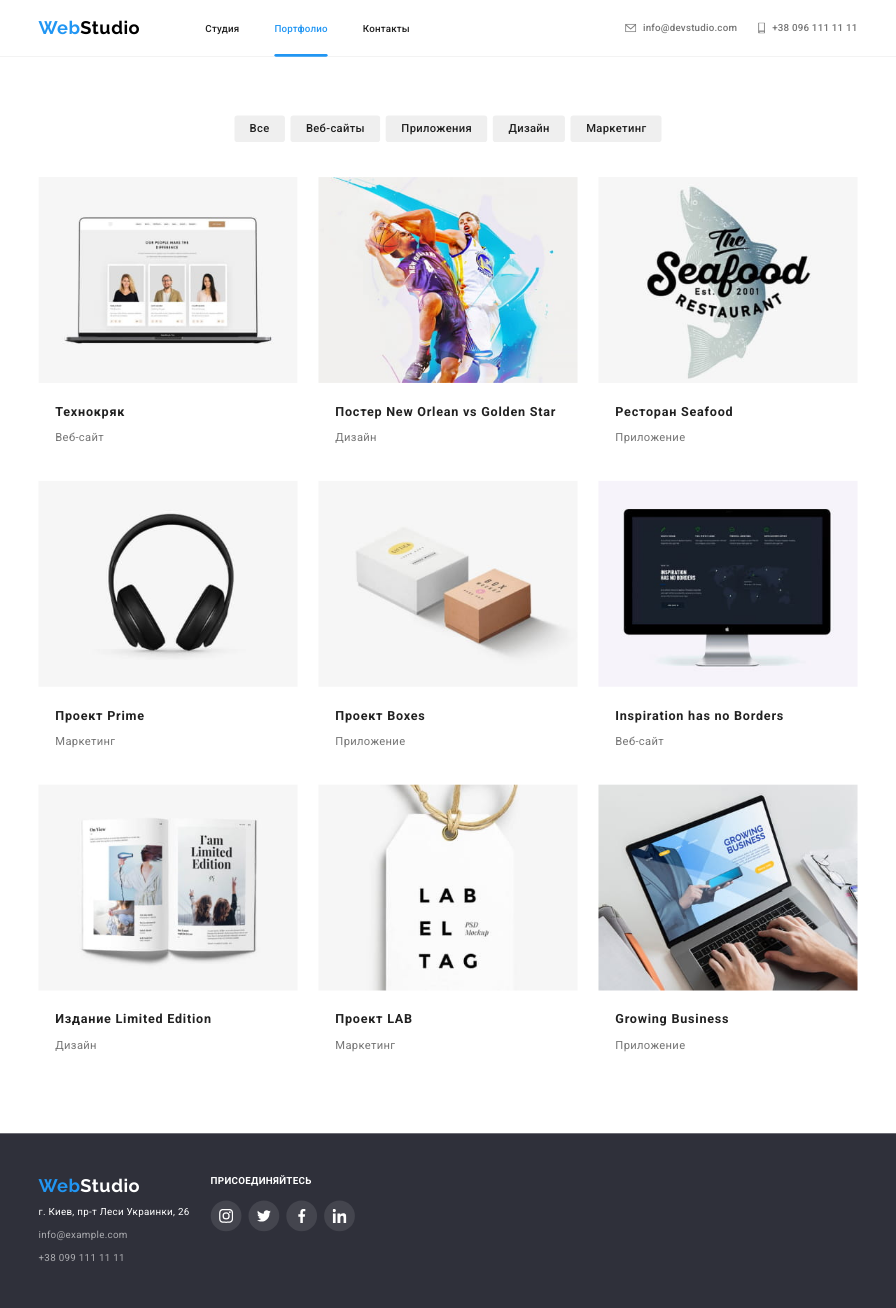
Repository: UliyaKucherernko/home-work-8
Page: porfolio.html
The author's editor kept a copy of each file at every save. The page is drawn from the files as they stood at one save, then again after the next save.
The browser window is 1280 px wide. The pictures show the whole page, at 70% of full size.

Above is the page before, as saved 2021-04-14 00:52:04.

### porfolio.html
<!DOCTYPE html>
<html lang="en">
<head>
    <!-- Служебная информация -->
    <meta charset="UTF-8">
    <meta http-equiv="X-UA-Compatible" content="IE=edge">
    <meta name="viewport" content="width=device-width, initial-scale=1.0">
    <title>homework5</title>
    <link rel="preconnect" href="https://fonts.gstatic.com">
    <link href="https://fonts.googleapis.com/css2?family=Raleway:wght@700&family=Roboto:wght@400;500;700;900&display=swap" rel="stylesheet">
    <link rel="stylesheet" href="./css/styles.css">
</head>
<body>

   <header class="header">
      <div class="container">
         <!-- Шапка -->
         <nav class="navigation">
            <a class="link logo-header" href="index.html">
               <span class="web">Web</span><span class="studio">Studio</span></a>
            <ul class="list menu">
               <li class="menu-item">
                  <a href="./index.html" class="link link-title menu-link">Студия</a>
               </li>
               <li class="menu-item">
                  <a href="./porfolio.html" class="link link-title menu-link current">Портфолио</a>
               </li>
               <li class="menu-item">
                  <a class="link link-title menu-link" href="">Контакты</a>
               </li>
            </ul>
         </nav>
         <ul class="list header-adress">
            <li class="contact-item">
               <a class="link contact-links menu-adress" href="mailto:info@devstudio.com">
                  <svg class="icon-header" width="16" height="12">
                     <use href="./images/icons-sprite.svg#icon-mail"></use>
                  </svg>
                  info@devstudio.com
               </a>
            </li>
            <li class="contact-item">
               <a class="link contact-links menu-adress" href="tel:+380961111111">
                  <svg class="icon-header" width="10" height="16">
                     <use href="./images/icons-sprite.svg#icon-phone"></use>
                  </svg>
                  +38 096 111 11 11
               </a>
            </li>
         </ul>
      </div>
   </header>

     <!--что входит в портфолио-->
    <main>
      <section class="gallery">
         <div class="container">
          <ul class="list gallery-btns">
              <li><button class="button-filtr" type="button">Все</button></li>
              <li><button class="button-filtr" type="button">Веб-сайты</button></li>
              <li><button class="button-filtr" type="button">Приложения</button></li>
              <li><button class="button-filtr" type="button">Дизайн</button></li>
              <li><button class="button-filtr" type="button">Маркетинг</button></li>
          </ul>

 <ul class="list grid gallery-list">
   <div class="gallery-thumb">
      <div class="gallery-overlay">
         <p class="gallery-text-overlay">Технокряк это современная площадка распространения коронавируса.
            Компании используют эту платформу для цифрового
            шпионажа и атак на защищённые сервера конкурентов.</p>
      </div>
                <li class="gallery-card"><img src="./images/1-monitor.jpg" alt="на мониторе 3 фотокарточки людей" width="370">

                  <div class="gallery-names">
                       <h3 class="filtrs">Технокряк</h3>
                       <p class="main-filtrs">Веб-сайт</p>
                     </div>
                </div>
               </li>


                  <li class="gallery-card"><img src="./images/2-nba.jpg" alt="2 прня играют в баскетбол" width="370">
                     <div class="gallery-names">
                         <h3 class="filtrs">Постер New Orlean vs Golden Star</h3>
                        <p class="main-filtrs">Дизайн</p>
                      </div>
                  </li>

               <li class="gallery-card"><img src="./images/3-seafood.jpg" alt="рыбный ресторан" width="370">
                      <div class="gallery-names">
                         <h3 class="filtrs">Ресторан Seafood</h3>
                       <p class="main-filtrs">Приложение</p>
                   </div>
                  </li>

                  <li class="gallery-card"><img src="./images/4-prime.jpg" alt="наушники" width="370">
                     <div class="gallery-names">
                        <h3 class="filtrs">Проект Prime</h3>
                        <p class="main-filtrs">Маркетинг</p>
                     </div>
                     </li>

                  <li class="gallery-card"><img src="./images/5-boxes.jpg" alt="2 коробки разного размера" width="370">
                     <div class="gallery-names">
                        <h3 class="filtrs">Проект Boxes</h3>
                        <p class="main-filtrs">Приложение</p>
                     </div>
                     </li>

                  <li class="gallery-card"><img src="./images/6-borders.jpg" alt="монитор борд с картой мира" width="370">
                     <div class="gallery-names">
                        <h3 class="filtrs">Inspiration has no Borders</h3>
                        <p class="main-filtrs">Веб-сайт</p>
                     </div>
                     </li>

                  <li class="gallery-card"><img src="./images/7-magazine.jpg" alt="журнал" width="370">
                     <div class="gallery-names">
                        <h3 class="filtrs">Издание Limited Edition</h3>
                        <p class="main-filtrs">Дизайн</p>
                     </div>
                     </li>

                  <li class="gallery-card"><img src="./images/8-labels.jpg" alt="белая этикетка бирка" width="370">
                     <div class="gallery-names">
                        <h3 class="filtrs">Проект LAB</h3>
                        <p class="main-filtrs">Маркетинг</p>
                     </div>
                     </li>

                  <li class="gallery-card"><img src="./images/9-nout.jpg" alt="печатают на ноуте" width="370">
                     <div class="gallery-names">
                        <h3 class="filtrs">Growing Business</h3>
                        <p class="main-filtrs">Приложение</p>
                     </div>
                     </li>
                  </ul>
           </div>
     </section>
    </main>

   <!--подвал-->
   <footer class="footer-dark-bg">
      <div class="container">
         <div class="grid">
            <div class="grid-item-3">
               <a class="link footer-logo" href="index.html">
                  <span class="web">Web</span><span class="studio-footer">Studio</span></a>
               <address>
                  <ul class="footer-list">
                     <li><a href="" class="link footer-adress">г. Киев, пр-т Леси Украинки, 26</a></li>
                     <li><a href="mailto:info@example.com" class="link footer-social">info@example.com</a></li>
                     <li><a href="+380991111111" class="link footer-social">+38 099 111 11 11</a></li>
                  </ul>
               </address>
            </div>

            <div class="grid-item-3">
               <div class="card-footer">
                  <p class="f-sleng">присоединяйтесь</p>
               </div>
               <ul class="d-inline-flex">
                  <li class="social-icon-item">
                     <a href="" class="social-icon-link foo-icon">
                        <svg>
                           <use href="./images/icons-sprite.svg#icon-instagram"></use>
                        </svg>
                     </a>
                  </li>
                  <li class="social-icon-item">
                     <a href="" class="social-icon-link foo-icon">
                        <svg>
                           <use href="./images/icons-sprite.svg#icon-twitter"></use>
                        </svg>
                     </a>
                  </li>
                  <li class="social-icon-item">
                     <a href="" class="social-icon-link foo-icon">
                        <svg>
                           <use href="./images/icons-sprite.svg#icon-facebook"></use>
                        </svg>
                     </a>
                  </li>
                  <li class="social-icon-item">
                     <a href="" class="social-icon-link foo-icon">
                        <svg>
                           <use href="./images/icons-sprite.svg#icon-linkedin"></use>
                        </svg>
                     </a>
                  </li>
               </ul>
            </div>

         </div>
         <!-- <div class="card-footer-news">
                       <p class="news-title">подпишитесь на рассылку</p>
                     </div> -->
      </div>
   </footer>
   </body>

   </html>

### css/styles.css
/*-----Утилиты----------*/
:root {
  --main-text-color: #757575;
  --accent-color: #2196f3;
  --title-color: #212121;
  --dark-bg-color: #2f303a;
  --content-color: #ffffff;
  --team-color: #f5f4fa;
  --social-color: #afb1b8;
}

.grid-item-1 {
  --grid-item: 12;
}

.grid-item-2 {
  --grid-item: 6;
}

.grid-item-3 {
  --grid-item: 4;
}

.grid-item-4 {
  --grid-item: 3;
}

.grid-item-6 {
  --grid-item: 2;
}

.grid-item-12 {
  --grid-item: 1;
}

:focus {
  outline: none;
}

*,
::after,
::before {
  box-sizing: inherit;
}

.web {
  color: var(--accent-color);
}
.studio {
  color: #000000;
}

.studio-footer {
  color: var(--content-color);
}

address {
  font-style: normal;
}

body {
  font-family: "Roboto", sans-serif;
  font-size: 14px;
  font-weight: 500;
  line-height: 16px;
  letter-spacing: 0.02em;
  text-align: left;
  color: var(--main-text-color);
  margin: 0;
}

.link {
  text-decoration: none;
  color: inherit;
}

.container {
  width: 1200px;
  padding-left: 15px;
  padding-right: 15px;
  margin-right: auto;
  margin-left: auto;
  box-sizing: border-box;
  /* background-color:gray; */
}

.grid {
  display: flex;
  flex-wrap: wrap;
  gap: 30px;
}

.grid-item {
  flex-basis: calc((100% - 30px * var(--grid-item)) / var(--grid-item));
}

button {
  cursor: pointer;
  font-family: inherit;
}

h1,
h2,
h3,
h4,
h5,
h6,
p,
ul,
li {
  margin: 0;
  padding: 0;
}
/*Конец Утилит*/

.list {
  display: flex;
  justify-content: center;
  margin-top: 0;
  margin-bottom: 0;
  padding-left: 0;

  list-style: none;
}

.section-title {
  margin-top: 0;
  margin-bottom: 0;
  text-align: center;
  font-weight: 700;
  font-size: 36px;
  line-height: 1.16;
  letter-spacing: 0.03em;
  color: var(--title-color);
}

/*--------требование к команде------------*/

.all-feature {
  padding-top: 94px;
  padding-bottom: 94px;
}

.feature {
  display: inline-block;
  width: 270px;
  height: 251px;
  /* background-color: var(--team-color);
  border-radius: 4px; */
}

.feature-icon {
  display: flex;
  justify-content: center;
  align-items: center;
  background-color: var(--team-color);
  border-radius: 4px;
  width: 270px;
  height: 120px;
}

.feature-icon svg {
  width: 70px;
  height: 70px;
}

.feature:not(:last-child) {
  margin-right: 30px;
}

.main-team-feature {
  margin-top: 30px;
  font-weight: 700;
  font-size: 14px;
  line-height: 1.14;
  letter-spacing: 0.03em;
  text-transform: uppercase;
  color: var(--title-color);
}

.team-feature {
  margin-top: 12px;
  margin-bottom: 0;
  font-weight: 400;
  font-size: 14px;
  line-height: 1.71;
  letter-spacing: 0.03em;
  color: var(--main-text-color);
  font-size: 14px;
  line-height: 1.71;
  letter-spacing: 0.03em;
  color: var(--main-text-color);
}

/*.visually-hidden {
  position: absolute;
  {
  display: block;
  content: "";
  width: 270px;
  height: 120px;
  background-color: var(--team-color);
  border-radius: 4px;
}px;
  margin: -1px;
  border: 0;
  p
.link.current {
  color: var(--accent-color);
}*/

/* ------3 box---------- */
.content {
  position: absolute;

  display: flex;
  justify-content: center;
  align-items: center;
  font-weight: bold;
  line-height: 1.14;
  text-transform: uppercase;
  top: 224px;
  right: 0;
  width: 100%;
  height: 70px;
  color: var(--content-color);
  background-color: rgba(47, 48, 58, 0.8);
}
.boxes {
  margin-top: 50px;
}

.box-product {
  position: relative;
}

/*----------HERO----------  */

.hero-dark-bg {
  max-width: 1600px;
  height: 600px;
  margin-left: auto;
  margin-right: auto;
  padding: 200px 0;
  box-sizing: border-box;
  background: #c4c4c4;
}

.hero-title {
  margin-top: auto;
  margin-bottom: 30px;
  margin-left: auto;
  margin-right: auto;
  width: 696px;
  height: 120px;
  font-weight: 900;
  font-size: 44px;
  line-height: 1.36;

  letter-spacing: 0.06em;
  text-transform: uppercase;
  text-align: center;
  color: var(--content-color);
}

.overlay {
  max-width: 1600px;
  height: 600px;

  margin-left: auto;
  margin-right: auto;
  background-image: linear-gradient(
      to right,
      rgba(47, 48, 58, 0.4),
      rgba(47, 48, 58, 0.4)
    ),
    url(../images/team-overlay.jpg);
  background-repeat: no-repeat;
  background-position: center;
  background-size: cover;
}

.hero {
  display: flex;
  flex-direction: column;
  justify-content: center;
  align-items: center;
}

.hero-button {
  padding: 10px 32px;
  min-width: 136px;
  font-weight: 700;
  font-size: 16px;
  line-height: 1.87;
  letter-spacing: 0.06em;
  background: var(--accent-color);
  border-radius: 4px;
  border: 0;
  color: #ffffff;
}

/* -----BUTTON GALLERY----- */

.button-filtr {
  border: 0;
  border-radius: 4px;
  padding: 6px 22px;
  font-weight: 500;
  font-size: 16px;
  line-height: 1.62;
  letter-spacing: 0.03em;
  color: var(--title-color);
}

.button-filtr:hover,
.button-filtr:focus {
  box-shadow: 0px 3px 1px rgba(0, 0, 0, 0.1), 0px 1px 2px rgba(0, 0, 0, 0.08),
    0px 2px 2px rgba(0, 0, 0, 0.12);
  transition-duration: 250ms;
  transition-timing-function: cubic-bezier(0.4, 0, 0.2, 1);
}

.gallery-btns li:not(:last-child) .button-filtr {
  margin-right: 8px;
}

button:hover,
button:focus {
  background: var(--accent-color);
  color: #fff;
  transition-duration: 250ms;
  transition-timing-function: cubic-bezier(0.4, 0, 0.2, 1);
}

.gallery-list {
  padding-bottom: 94px;
  margin-top: 50px;
}

.gallery {
  padding-top: 84px;
}

.gallery-names {
  padding: 20px 24px;
}

.gallery-card {
  --grid-item: 3;
  width: 370px;
  height: 404px;
  box-sizing: border-box;
  outline: 1;
  background: var(--content-color);
}

.gallery-card:hover,
.gallery-card:focus {
  box-shadow: 0px 1px 1px rgba(0, 0, 0, 0.12), 0px 4px 4px rgba(0, 0, 0, 0.06),
    1px 4px 6px rgba(0, 0, 0, 0.16);
  transition-duration: 250ms;
  transition-timing-function: cubic-bezier(0.4, 0, 0.2, 1);
}

.filtrs {
  margin-bottom: 4px;
  font-weight: 700;
  font-size: 18px;
  line-height: 2;
  letter-spacing: 0.06em;
  color: var(--title-color);
}

.main-filtrs {
  font-weight: 400;
  font-size: 16px;
  line-height: 1.87;
  letter-spacing: 0.03em;
  color: var(--main-text-color);
}

.work {
  padding-top: 94px;
  padding-bottom: 94px;
}

.social-icons .icon {
  width: 20px;
  height: 20px;
  fill: var(--social-color);
}

.d-inline-flex {
  display: inline-flex;
}

.gallery-thumb {
  position: relative;
  overflow: hidden;
}

.gallery-overlay {
  position: absolute;
  display: flex;
  align-items: center;
  width: 100%;
  height: 100%;
  background-color: rgba(33, 150, 243, 0.9);
  transition-property: transform, background-color;
  transform: translateY(101%);
  transition-duration: 250ms;
  transition-timing-function: cubic-bezier(0.4, 0, 0.2, 1);
}

.gallery-text-overlay {
  font-size: 18px;
  max-width: 340px;
  padding-left: 24px;
  line-height: 1.56;
  color: var(--content-color);
}

.gallery-thumb::before {
  display: inline-block;
  content: "";

  position: absolute;
  top: 0;
  left: 0;
  width: 370px;
  height: 294px;
  background-color: rgba(33, 150, 243, 0.9);
  opacity: 0;
}

.gallery-list:hover .gallery-thumb::before {
  transform: translateY(0);
}

/* -------команда имена карточки соц иконки----------- */

.team-card {
  --grid-item: 4;
  text-align: center;
  background: white;
  width: 270px;
  height: 428px;
  box-sizing: border-box;
  box-shadow: 0px 1px 3px rgb(0 0 0 / 12%), 0px 1px 1px rgb(0 0 0 / 14%),
    0px 2px 1px rgb(0 0 0 / 20%);
  border-radius: 0px 0px 4px 4px;
}

.team {
  padding-top: 94px;
  padding-bottom: 94px;
  box-sizing: border-box;
  background: var(--team-color);
}

.team-card:not(:last-child) {
  margin-right: 30px;
}

.team-names {
  padding: 30px 0;
}

.names {
  margin-bottom: 10px;
  font-weight: 500;
  font-size: 16px;
  line-height: 1.18;
  letter-spacing: 0.03em;
  color: var(--title-color);
}

.team-profession {
  margin-top: 10px;
  margin-bottom: 16px;
  font-weight: 400;
  font-size: 16px;
  line-height: 1.18;
  letter-spacing: 0.03em;
  color: var(--main-text-color);
}

.team-body {
  display: flex;
  justify-content: center;
  margin-top: 50px;
  list-style: none;
}

.team-body .team-item:not(:last-child) {
  margin-right: 30px;
}

.social-icon-item {
  display: block;
}

.social-icon-item svg {
  width: 20px;
  height: 20px;
}

.social-icon-item:not(:last-child) {
  margin-right: 10px;
}

.social-icon-link {
  display: flex;
  justify-content: center;
  align-items: center;
  width: 44px;
  height: 44px;
  border-radius: 50%;
}

.social-icon-link.team-icon {
  background: var(--content-color);
}

.social-icon-link.team-icon:hover svg,
.social-icon-link.team-icon:focus svg {
  fill: var(--content-color);
  transition-duration: 250ms;
  transition-timing-function: cubic-bezier(0.4, 0, 0.2, 1);
}

.social-icon-link.team-icon svg {
  fill: var(--social-color);
}

.social-icon-link.foo-icon svg {
  fill: var(--content-color);
}

.social-icon-link.foo-icon {
  background: rgba(255, 255, 255, 0.1);
}

.social-icon-link:hover,
.social-icon-link:focus {
  background-color: var(--accent-color);
  transition-duration: 250ms;
  transition-timing-function: cubic-bezier(0.4, 0, 0.2, 1);
}

.social-icon-link.team-icon:hover .icon,
.social-icon-link.team-icon:focus .icon {
  fill: var(--content-color);
  transition-duration: 250ms;
  transition-timing-function: cubic-bezier(0.4, 0, 0.2, 1);
}

/* ------постоянные клиенты-------- */

.cl {
  padding-top: 94px;
  padding-bottom: 94px;
}

.cl-item .cl-logo {
  fill: var(--social-color);
}

.cl-item {
  display: flex;
}

.social-icons .cl-logo {
  fill: var(--social-color);
}

.cl-link:hover .cl-logo,
.cl-link:focus .cl-logo {
  fill: var(--accent-color);
  transition-duration: 250ms;
  transition-timing-function: cubic-bezier(0.4, 0, 0.2, 1);
}

.item-cl:not(:last-child) {
  margin-right: 30px;
}

.cl-link {
  margin-top: 50px;
  display: flex;
  justify-content: center;
  align-items: center;
  width: 170px;
  height: 90px;
  border: 1px solid #afb1b8;
  border-radius: 4px;
}

.cl-link:hover,
.cl-link:focus {
  border: 1px solid var(--accent-color);
  transition-duration: 250ms;
  transition-timing-function: cubic-bezier(0.4, 0, 0.2, 1);
}

.cl-link .navigation {
  display: flex;
  align-items: center;
  margin-right: auto;
}

/* -------------ХЕДЕР-------------- */

.navigation {
  display: flex;
  align-items: center;
  margin-right: auto;
}

.header {
  border-bottom: 1px solid #eeeeee;

  color: var(--title-color);
}

.header .container {
  display: flex;
  justify-content: flex-end;
  align-items: center;
}

.header-adress {
  font-weight: 500;
  font-size: 14px;
  line-height: 1.14;
  letter-spacing: 0.02em;
  color: var(--main-text-color);
}
.logo-header {
  margin-right: 93px;

  font-family: Raleway;
  font-weight: 700;
  font-size: 26px;
  line-height: 1.19;
  letter-spacing: 0.03em;
}

.current {
  color: var(--accent-color);
}
.menu {
  display: inline-flex;
}

.link-title {
  position: relative;
  padding-bottom: 32px;
  padding-left: 0;
  padding-right: 0;
  transition-property: color;
}
.menu-link {
  display: block;
  padding-top: 32px;
  padding-bottom: 32px;
  padding-left: 0;
  padding-right: 0;
  transition-property: color;
  transition-duration: 250ms;
  transition-timing-function: cubic-bezier(0.4, 0, 0.2, 1);
}
.current::after {
  content: "";
  position: absolute;
  display: block;
  width: 100%;
  height: 4px;
  border-radius: 2px;
  left: 0;
  bottom: -1px;
  background-color: var(--accent-color);
}

.menu-item:not(:last-child) {
  margin-right: 50px;
}

.menu-adress:not(:last-child) {
  margin-right: 50px;
}

.menu-adress:hover,
.menu-adress:focus {
  color: var(--accent-color);
  transition-duration: 250ms;
  transition-timing-function: cubic-bezier(0.4, 0, 0.2, 1);
}

.contact-item:not(:last-child) {
  margin-right: 30px;
}

.icon-header {
  fill: var(--main-text-color);
}

.header-adress .icon-header {
  margin-right: 10px;
  stroke: var(--main-text-color);
}

.link-title:hover,
.link-title:focus {
  color: var(--accent-color);
  transition-duration: 250ms;
  transition-timing-function: cubic-bezier(0.4, 0, 0.2, 1);
}

.contact-links {
  display: flex;
  align-items: center;
}

.contact-links:hover .icon-header,
.contact-links:focus .icon-header {
  stroke: var(--accent-color);
  transition-duration: 250ms;
  transition-timing-function: cubic-bezier(0.4, 0, 0.2, 1);
}

.contact-links .footer-list {
  margin-top: 20px;
  list-style: none;
}

/* ---------------------ФУТЕР---------------- */

.f-block {
  --grid-item: 2;
  align-self: baseline;
}

.footer-list li {
  margin-top: 9px;
  list-style: none;
}

.footer-dark-bg {
  padding: 60px 0;
  box-sizing: border-box;
  background: var(--dark-bg-color);
}

.footer-social {
  font-weight: 400;
  font-size: 14px;
  line-height: 1.71;
  letter-spacing: 0.03em;
  color: rgba(255, 255, 255, 0.6);
}

.footer-adress {
  font-weight: 400;
  font-size: 14px;
  line-height: 1.71;
  letter-spacing: 0.03em;
  color: #ffffff;
}

.footer-logo {
  font-family: Raleway;
  font-weight: 700;
  font-size: 26px;
  line-height: 1.19;
  letter-spacing: 0.03em;
}

.f-sleng {
  margin-bottom: 20px;
  font-weight: 700;
  font-size: 14px;
  line-height: 1.14;
  letter-spacing: 0.03em;
  text-transform: uppercase;
  color: var(--content-color);
}

/* ------МОДАЛЬНОЕ ОКНО------- */
.backdrop {
  position: fixed;
  width: 100%;
  height: 100%;
  left: 0px;
  top: 0px;

  background: rgba(0, 0, 0, 0.2);
}

.backdrop.is-hidden {
  opacity: 0;
  pointer-events: none;
}

.modal {
  position: absolute;
  top: 50%;
  left: 50%;
  transform: translate(-50%, -50%);

  width: 528px;
  height: 581px;
  box-shadow: 0px 1px 3px rgba(0, 0, 0, 0.12), 0px 1px 1px rgba(0, 0, 0, 0.14),
    0px 2px 1px rgba(0, 0, 0, 0.2);
  border-radius: 4px;
  background-color: var(--content-color);
  transform: translate(-50%, -50%) scale(1);
  transition: transform 250ms cubic-bezier(0.4, 0, 0.2, 1);
}

.modal:hover {
  transform: translate(-50%, -50%) scale(1);
  transition: transform 250ms cubic-bezier(0.4, 0, 0.2, 1);
}

.modal-button {
  position: absolute;
  width: 30px;
  height: 30px;
  right: 8px;
  top: 8px;
  display: flex;
  justify-content: center;
  align-items: center;

  background: var(--content-color);
  border: 1px solid rgba(0, 0, 0, 0.1);
  box-sizing: border-box;
  border-radius: 50%;
}

.icon-close {
  position: absolute;
  top: 50%;
  left: 50%;
  transform: translate(-50%, -50%);
  cursor: pointer;
  transition-property: fill;
  transition-duration: 250ms;
  transition-timing-function: cubic-bezier(0.4, 0, 0.2, 1);
}

After the next save:
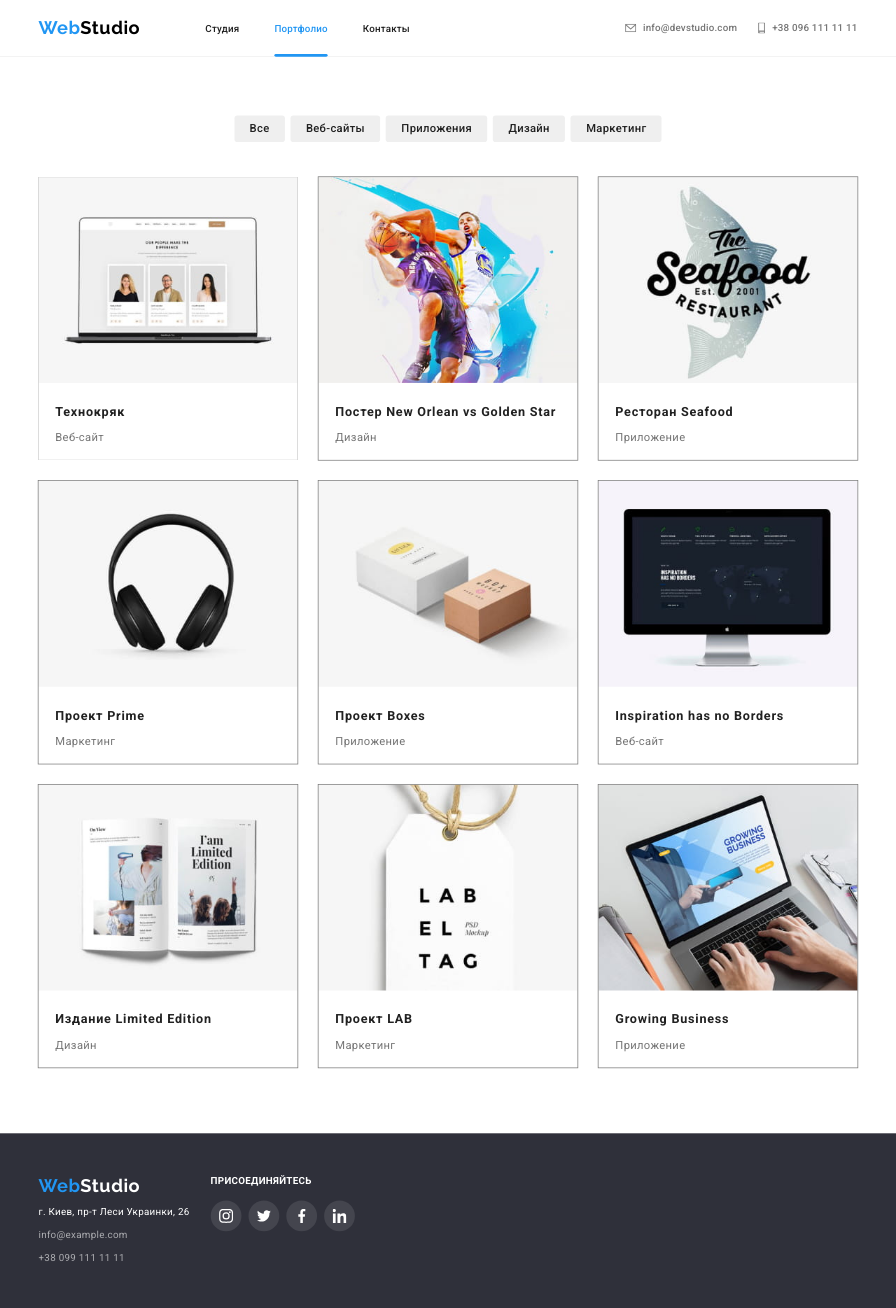
Saved 24 s later.
--- a/css/styles.css
+++ b/css/styles.css
@@ -351,7 +351,7 @@ button:focus {
   width: 370px;
   height: 404px;
   box-sizing: border-box;
-  outline: 1;
+  outline: 1px solid;
   background: var(--content-color);
 }
 
